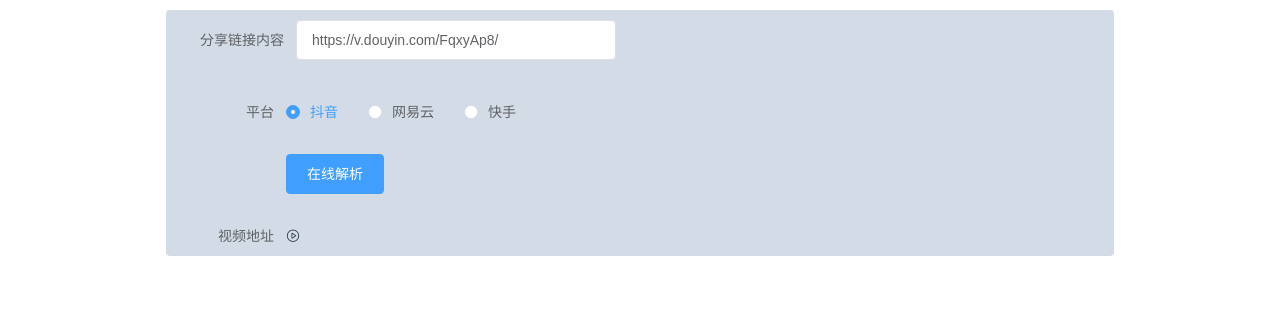
Repository: lyln/freepd
Page: / (app in frontend/freepd/)
These files come from the project's save history. The page is drawn as it stood at one moment and after the next save; the edit follows.
The browser window is 1280 px wide. The pictures show the whole page.
The project was rebuilt for these pictures with package versions that can differ from the ones it lists, and the page was loaded fresh each time.

Above is the page before, as saved 2022-05-26 09:33:46.

### frontend/freepd/index.html
<!DOCTYPE html>
<html>
  <head>
    <meta charset="utf-8">
    <meta name="viewport" content="width=device-width,initial-scale=1.0">
    <title>freepd</title>
  </head>
  <body>
    <div id="app"></div>
    <!-- built files will be auto injected -->
  </body>
</html>

### frontend/freepd/src/main.js
// The Vue build version to load with the `import` command
// (runtime-only or standalone) has been set in webpack.base.conf with an alias.
import Vue from 'vue'
import App from './App'
import router from './router'
import ElementUI from 'element-ui';
import 'element-ui/lib/theme-chalk/index.css';
import Meta from "vue-meta";

Vue.config.productionTip = false
Vue.use(ElementUI)
Vue.use(Meta);

/* eslint-disable no-new */
new Vue({
  el: '#app',
  router,
  components: { App },
  template: '<App/>'
})

### frontend/freepd/src/App.vue
<template>
	<div id="app">
		<router-view />
	</div>
</template>

<script>
export default {
	name: 'App',
}
</script>

<style>
#app {
	font-family: 'Avenir', Helvetica, Arial, sans-serif;
	-webkit-font-smoothing: antialiased;
	-moz-osx-font-smoothing: grayscale;
	text-align: center;
	color: #2c3e50;
	margin-top: 10px;
}
</style>

### frontend/freepd/src/components/HelloWorld.vue
<template>
	<el-row type="flex" justify="center">
		<el-col :span="18">
			<div class="grid-content bg-purple">
				<el-form ref="form" :model="form" label-width="120px" class="fpd-form">
					<el-form-item label="分享链接内容" style="padding: 10px;">
						<el-input v-model="form.url"></el-input>
					</el-form-item>
					<el-form-item label="平台" label-width="120px">
						<el-radio-group v-model="form.type">
							<el-radio :label="1">抖音</el-radio>
							<el-radio :label="2">网易云</el-radio>
							<el-radio :label="3">快手</el-radio>
						</el-radio-group>
					</el-form-item>
					<el-form-item>
						<el-button type="primary" @click="onSubmit">在线解析</el-button>
					</el-form-item>
					<el-form-item label="视频地址">
						<i class="el-icon-video-play"></i>
						<el-link :href="data.video.play" target="_blank">{{ data.title }}</el-link>
						<!-- {{data.video.play }} -->
					</el-form-item>
				</el-form>
			</div>
		</el-col>
	</el-row>

</template>
<script>
import axios from 'axios'
export default {
	name: 'HelloWorld',
	data() {
		return {
			msg: 'free parse download',
			form: {
				url: 'https://v.douyin.com/FqxyAp8/',
				type: 1,
			},
			data: {
				video: { play: '' },
				title: '',
			},
		}
	},
	metaInfo: {
		meta: [{ name: 'referrer', content: 'no-referrer' }],
	},
	methods: {
		onSubmit() {
			console.log('submit!')
			axios
				.post('http://127.0.0.1:8000/douyin', { url: this.form.url })
				.then((res) => {
					console.log(res.data)
					this.data = res.data
				})
				.catch((err) => {
					console.log('请求失败', err)
				})
		},
	},
}
</script>

<!-- Add "scoped" attribute to limit CSS to this component only -->
<style scoped>
h1,
h2 {
	font-weight: normal;
}
ul {
	list-style-type: none;
	padding: 0;
}
li {
	display: inline-block;
	margin: 0 10px;
}
a {
	color: #42b983;
}
.el-input {
	width: 320px;
}

.fpd-form {
	text-align: left;
}

.text {
	font-size: 14px;
}

.item {
	padding: 18px 0;
}

.box-card {
	width: 480px;
}

.el-row {
	margin-bottom: 20px;
	&:last-child {
		margin-bottom: 0;
	}
}
.el-col {
	border-radius: 4px;
}
.bg-purple-dark {
	background: #99a9bf;
}
.bg-purple {
	background: #d3dce6;
}
.bg-purple-light {
	background: #e5e9f2;
}
.grid-content {
	border-radius: 4px;
	min-height: 36px;
}
.row-bg {
	padding: 10px 0;
	background-color: #f9fafc;
}

/* .wrapper {
	margin-left: auto;
	margin-right: auto;
	width: 90%;
}
.modunit {
	background-color: #fff;
	margin-top: 1rem;
	margin-bottom: 1rem;
	padding: 0;
	border: 1px solid #dedede;
	-moz-border-radius: 2px;
	-webkit-border-radius: 2px;
	border-radius: 2px;
}
.mod-content {
	margin: 0;
	padding: 1.5rem;
} */
</style>

Loaded but not shown: frontend/freepd/src/router/index.js (common file)

After the next save:
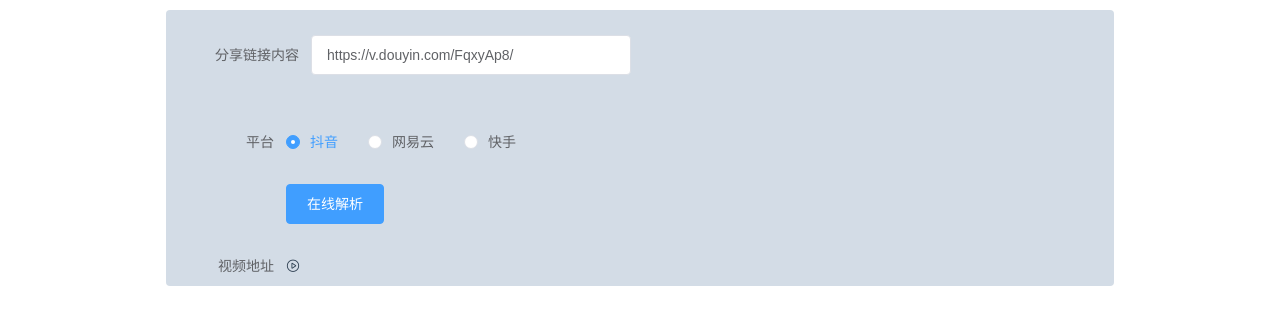
Saved 23 s later.
--- a/frontend/freepd/src/components/HelloWorld.vue
+++ b/frontend/freepd/src/components/HelloWorld.vue
@@ -3,7 +3,7 @@
 		<el-col :span="18">
 			<div class="grid-content bg-purple">
 				<el-form ref="form" :model="form" label-width="120px" class="fpd-form">
-					<el-form-item label="分享链接内容" style="padding: 10px;">
+					<el-form-item label="分享链接内容" style="padding: 25px;">
 						<el-input v-model="form.url"></el-input>
 					</el-form-item>
 					<el-form-item label="平台" label-width="120px">
